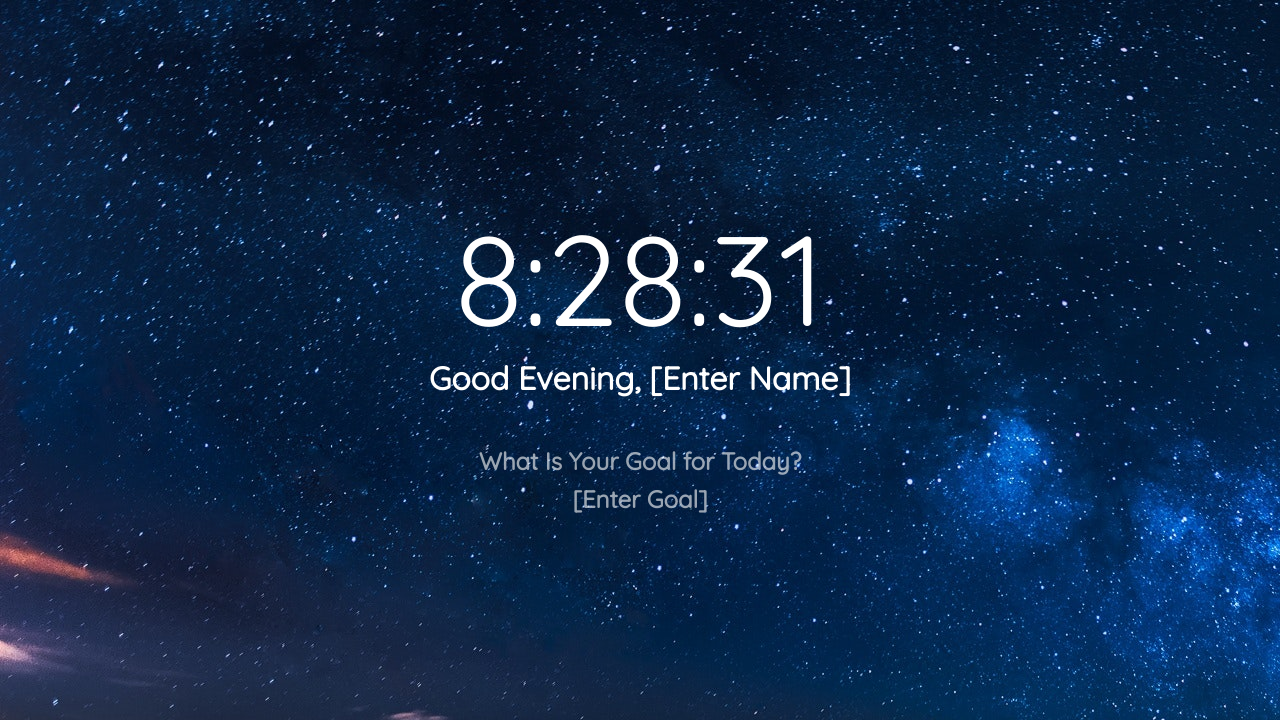
Repository: MikeTroianello/Landing-Page
Page: index.html
An editor plug-in stored every save of this project. The page is shown before and after the next save, followed by the edit.
The browser window is 1280 px wide. The pictures show the whole page.

Above is the page before, as saved 2019-06-20 00:11:30.

### index.html
<!DOCTYPE html>
<html lang="en">
  <head>
    <meta charset="UTF-8" />
    <meta name="viewport" content="width=device-width, initial-scale=1.0" />
    <meta http-equiv="X-UA-Compatible" content="ie=edge" />
    <link
      href="https://fonts.googleapis.com/css?family=Quicksand&display=swap"
      rel="stylesheet"
    />
    <link rel="stylesheet" href="./style.css" />
    <title>Greetings!</title>
  </head>
  <body>
    <time id="time"></time>
    <h1>
      <span id="greeting"></span>
      <span id="name" contenteditable="true"></span>
    </h1>
    <!-- <h2 id="focus">What Is Your Focus for Today?</h2> -->
    <h2>What Is Your Goal for Today?</h2>
    <h2 id="goal" contenteditable="true"></h2>

    <script src="main.js"></script>
  </body>
</html>

### style.css
* {
  box-sizing: border-box;
  margin: 0;
  padding: 0;
}

body {
  font-family: 'Quicksand', sans-serif;
  display: flex;
  flex-direction: column;
  align-items: center;
  justify-content: center;
  text-align: center;
  height: 100vh;
  color: 'black';
}

#time {
  font-size: 8rem;
}

h1 {
  margin-bottom: 3rem;
}

h2 {
  margin-bottom: 0.5rem;
  opacity: 0.6;
}

@media (max-width: 700px) {
  #time {
    font-size: 6rem;
  }
}

### main.js
// DOM Elements
const time = document.getElementById('time'),
  greeting = document.getElementById('greeting'),
  name = document.getElementById('name'),
  goal = document.getElementById('goal');

//SHOW TIME

function showTime() {
  let today = new Date(),
    hour = today.getHours(),
    min = today.getMinutes(),
    sec = today.getSeconds();

  //SET AM OR PM
  const amPm = hour >= 12 ? 'PM' : 'AM';

  //12 Hour Format
  hour = hour % 12 || 12;

  //Output Time
  time.innerHTML = `${hour}<span>:</span>${addZero(min)}<span>:</span>${addZero(
    sec
  )}`;

  setTimeout(showTime, 1000);
}

function addZero(x) {
  return (x < 10 ? '0' : '') + x;
}

//Background

function timeGreeting() {
  let today = new Date(),
    hour = today.getHours();

  if (hour > 17) {
    greeting.innerText = 'Good Evening,';
    document.body.style.backgroundImage = 'url(./img/night.jpg)';
    document.body.style.color = 'white';
  } else if (hour < 12) {
    greeting.innerText = 'Good Morning,';
    document.body.style.backgroundImage = 'url(./img/morning.jpg)';
  } else {
    greeting.innerText = 'Good Afternoon,';
    document.body.style.backgroundImage = 'url(./img/afternoon.jpg)';
  }
}

//Name

function getName() {
  console.log(localStorage.getItem('name') == '');
  if (localStorage.getItem('name') === null) {
    console.log('HERE');
    name.textContent = '[Enter Name]';
  } else {
    name.textContent = localStorage.getItem('name');
  }
}

function findGoal() {
  if (localStorage.getItem('goal') == null) {
    goal.textContent = '[Enter Goal]';
  } else {
    goal.textContent = localStorage.getItem('goal');
  }
}

function setName(e) {
  if (e.type == 'keypress') {
    if (e.key == 13) {
      localStorage.setItem('name', e.target.innerText);
      name.blur();
    }
  } else {
    localStorage.setItem('name', e.target.innerText);
  }
}

//Goal

function setGoal(e) {
  if (e.type == 'keypress') {
    if (e.key == 13) {
      localStorage.setItem('goal', e.target.innerText);
      name.blur();
    }
  } else {
    localStorage.setItem('goal', e.target.innerText);
  }
}

name.addEventListener('keypress', setName);
name.addEventListener('blur', setName);

goal.addEventListener('keypress', setGoal);
goal.addEventListener('blur', setGoal);

showTime();
timeGreeting();
getName();
findGoal();

After the next save:
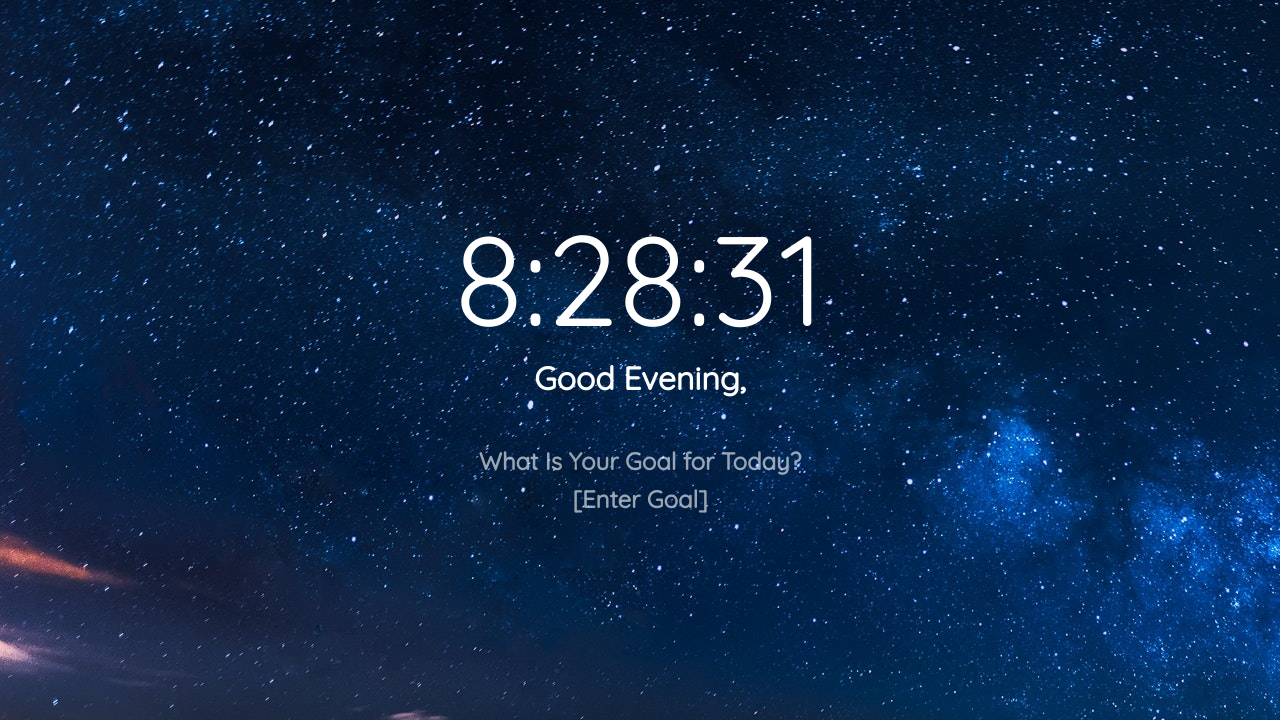
Saved 7 s later.
--- a/main.js
+++ b/main.js
@@ -53,7 +53,7 @@
 
 function getName() {
   console.log(localStorage.getItem('name') == '');
-  if (localStorage.getItem('name') === null) {
+  if (localStorage.getItem('name') === '') {
     console.log('HERE');
     name.textContent = '[Enter Name]';
   } else {

After the 2 saves that followed:
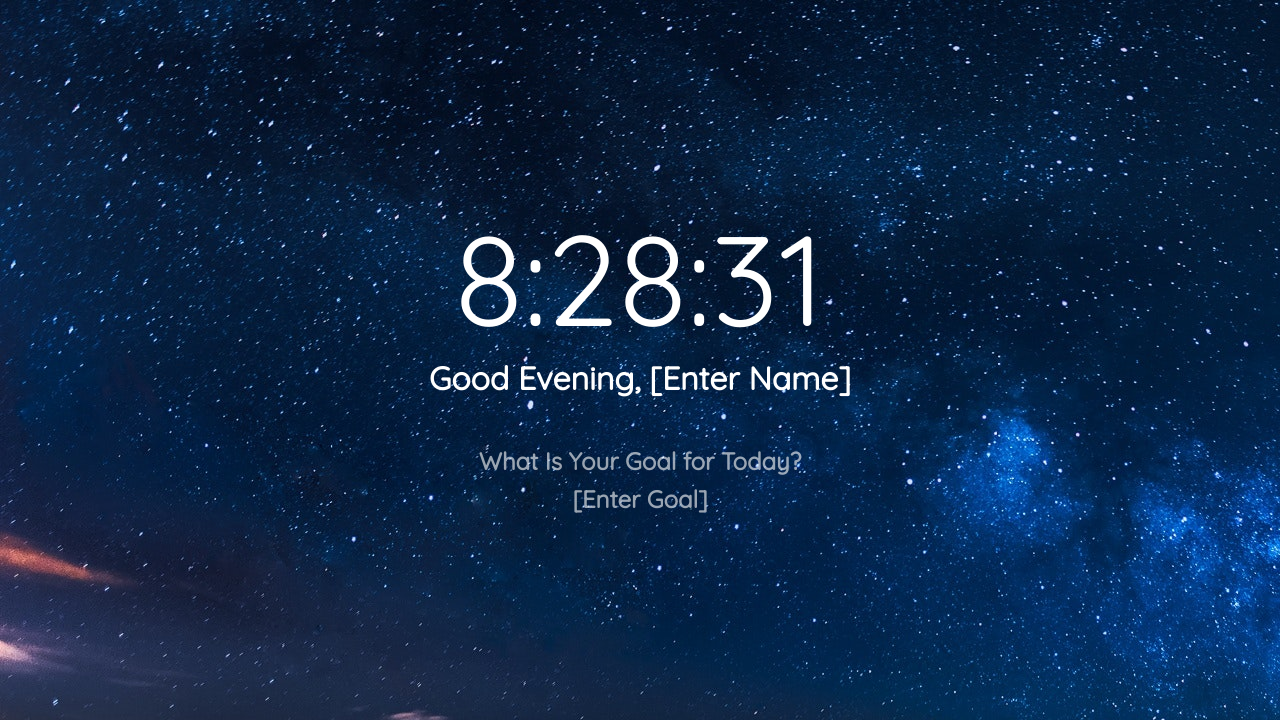
The 2 saves are shown as one change because 1 left the picture as it was.
The last was saved 27 s later.
--- a/main.js
+++ b/main.js
@@ -52,9 +52,8 @@
 //Name
 
 function getName() {
-  console.log(localStorage.getItem('name') == '');
-  if (localStorage.getItem('name') === '') {
-    console.log('HERE');
+  console.log(!localStorage.getItem('name'));
+  if (!localStorage.getItem('name')) {
     name.textContent = '[Enter Name]';
   } else {
     name.textContent = localStorage.getItem('name');
